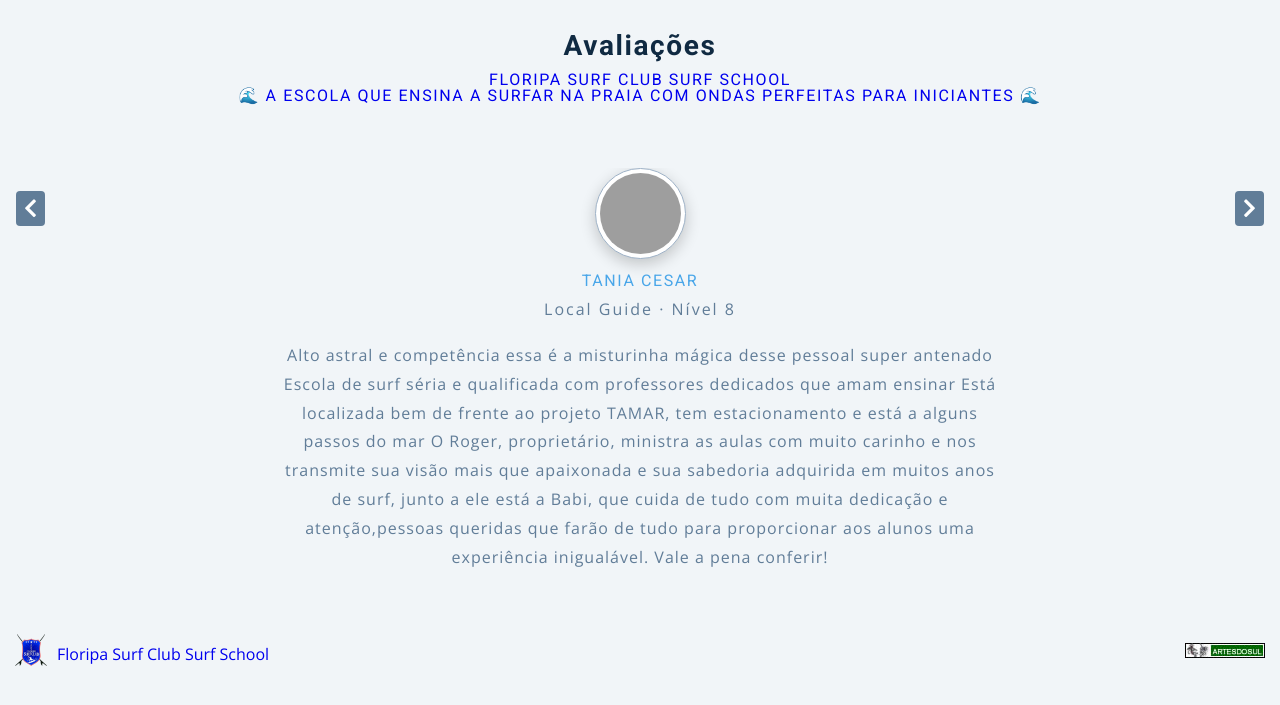
Repository: araguaci/floripasurfclub-reviews
Page: index.html
An editor plug-in stored every save of this project. The page is shown before and after the next save, followed by the edit.
The browser window is 1280 px wide. The pictures show the whole page.
Pictures or frames that could not be fetched are drawn as grey boxes. Some web libraries are served in a nearby version.

Above is the page before, as saved 2021-08-23 20:57:55.

### index.html
<!DOCTYPE html>
<html lang="en">
  <head>
    <meta charset="UTF-8" />
    <meta name="viewport" content="width=device-width, initial-scale=1.0" />
    <title>Avaliações - Floripa Surf Club Surf School</title>
    <meta name="viewport"
      content="Floripa Surf Club Surf School
        🌊 a escola que ensina a surfar na praia com ondas perfeitas para iniciantes 🌊
        🌊 Surf School and Trips 🏄‍♀️🏄
        🌊 Free Surf 🌎 Barra da Lagoa 🌊
        🌊 Em frente ao Projeto Tamar 🌊
        Santa Catarina - Brasil "
    />
    <meta name="description"
      content="Floripa Surf Club Surf School
        🌊 a escola que ensina a surfar na praia com ondas perfeitas para iniciantes 🌊
        🌊 Surf School and Trips 🏄‍♀️🏄
        🌊 Free Surf 🌎 Barra da Lagoa 🌊
        🌊 Em frente ao Projeto Tamar 🌊
        Santa Catarina - Brasil "
    />
    <link rel="shortcut icon" type="image/x-icon" href="./favicon.ico" />
    <!-- font-awesome -->
    <link
      rel="stylesheet"
      href="https://cdnjs.cloudflare.com/ajax/libs/font-awesome/5.14.0/css/all.min.css"
    />

    <!-- stylesheet -->
    <link rel="stylesheet" href="styles.css" />
  </head>
  <body>
    <section class="slider">
      <div class="reviews">
        <h3>Avaliações</h3>
        <h4><a href="http://www.floripasurfclub.com.br/">Floripa Surf Club Surf School<br />🌊 A escola que ensina a surfar na praia com ondas perfeitas para iniciantes 🌊</a></h4>
      </div>
      <div class="slide-container">
        <!-- <article class="slide">
          <img
            src="https://res.cloudinary.com/diqqf3eq2/image/upload/c_scale,w_200/v1595959121/person-1_aufeoq.jpg"
            class="img"
            alt="peter doe"
          />
          <h4>peter doe</h4>
          <p class="title">product designer</p>
          <p class="text">
            Lorem ipsum dolor sit amet consectetur adipisicing elit. Quidem quo
            eius recusandae officia voluptas sint deserunt dicta nihil nam
            omnis?
          </p>
          <div class="quote-icon">
            <i class="fas fa-quote-right"></i>
          </div>
        </article> -->
      </div>
      <!-- buttons -->
      <!-- prev btn -->
      <button class="btn prev-btn">
        <i class="fas fa-chevron-left"></i>
      </button>
      <!-- next button -->
      <button class="btn next-btn">
        <i class="fas fa-chevron-right"></i>
      </button>
    </section>
    <div class="footer" style="background-color: rgb(54, 47, 47);">
      <span style="float: left; margin-left: 15px; margin-bottom: 23px;"><a href="http://www.floripasurfclub.com.br/" title="Floripa Surf Club Surf School – a escola que ensina a surfar na praia com ondas perfeitas para iniciantes"><img src="./floripasurfclub.png" width="32" height="32" alt="" style="vertical-align: bottom; margin-right: 10px;"/>Floripa Surf Club Surf School</a></span>
      <span style="float: right; ; margin-right: 15px; vertical-align: bottom; margin-bottom: 23px;"><a href="http://www.artesdosul.com" title="Design & Hosted by Artes so Sul" style="vertical-align: bottom;"><img src="./artesdosul.jpg" style="vertical-align: bottom;"></a></span>
    </div>
    <script type="module" src="app.js"></script>
  </body>
</html>

### styles.css
/*
===============
Fonts
===============
*/
@import url("https://fonts.googleapis.com/css?family=Open+Sans|Roboto:400,700&display=swap");

/*
===============
Variables
===============
*/

:root {
  /* dark shades of primary color*/
  --clr-primary-1: hsl(205, 86%, 17%);
  --clr-primary-2: hsl(205, 77%, 27%);
  --clr-primary-3: hsl(205, 72%, 37%);
  --clr-primary-4: hsl(205, 63%, 48%);
  /* primary/main color */
  --clr-primary-5: hsl(205, 78%, 60%);
  /* lighter shades of primary color */
  --clr-primary-6: hsl(205, 89%, 70%);
  --clr-primary-7: hsl(205, 90%, 76%);
  --clr-primary-8: hsl(205, 86%, 81%);
  --clr-primary-9: hsl(205, 90%, 88%);
  --clr-primary-10: hsl(205, 100%, 96%);
  /* darkest grey - used for headings */
  --clr-grey-1: hsl(209, 61%, 16%);
  --clr-grey-2: hsl(211, 39%, 23%);
  --clr-grey-3: hsl(209, 34%, 30%);
  --clr-grey-4: hsl(209, 28%, 39%);
  /* grey used for paragraphs */
  --clr-grey-5: hsl(210, 22%, 49%);
  --clr-grey-6: hsl(209, 23%, 60%);
  --clr-grey-7: hsl(211, 27%, 70%);
  --clr-grey-8: hsl(210, 31%, 80%);
  --clr-grey-9: hsl(212, 33%, 89%);
  --clr-grey-10: hsl(210, 36%, 96%);
  --clr-white: #fff;
  --clr-red-dark: hsl(360, 67%, 44%);
  --clr-red-light: hsl(360, 71%, 66%);
  --clr-green-dark: hsl(125, 67%, 44%);
  --clr-green-light: hsl(125, 71%, 66%);
  --clr-black: #222;
  --ff-primary: "Roboto", sans-serif;
  --ff-secondary: "Open Sans", sans-serif;
  --transition: all 0.3s linear;
  --spacing: 0.1rem;
  --radius: 0.25rem;
  --light-shadow: 0 5px 15px rgba(0, 0, 0, 0.1);
  --dark-shadow: 0 5px 15px rgba(0, 0, 0, 0.2);
  --max-width: 1170px;
  --fixed-width: 620px;
}
/*
===============
Global Styles
===============
*/

*,
::after,
::before {
  margin: 0;
  padding: 0;
  box-sizing: border-box;
}
body {
  font-family: var(--ff-secondary);
  background: var(--clr-grey-10);
  color: var(--clr-grey-1);
  line-height: 1.5;
  font-size: 0.875rem;
}
ul {
  list-style-type: none;
}
a {
  text-decoration: none;
}
h1,
h2,
h3,
h4 {
  letter-spacing: var(--spacing);
  text-transform: capitalize;
  line-height: 1.25;
  margin-bottom: 0.75rem;
  font-family: var(--ff-primary);
}
h1 {
  font-size: 3rem;
}
h2 {
  font-size: 2rem;
}
h3 {
  font-size: 1.25rem;
}
h4 {
  font-size: 0.875rem;
}
p {
  margin-bottom: 1.25rem;
  color: var(--clr-grey-5);
}
@media screen and (min-width: 800px) {
  h1 {
    font-size: 4rem;
  }
  h2 {
    font-size: 2.5rem;
  }
  h3 {
    font-size: 1.75rem;
  }
  h4 {
    font-size: 1rem;
  }
  body {
    font-size: 1rem;
  }
  h1,
  h2,
  h3,
  h4 {
    line-height: 1;
  }
}

.section-center {
  width: 90vw;
  margin: 0 auto;
  max-width: 1170px;
}
@media screen and (min-width: 992px) {
  .section-center {
    width: 95vw;
  }
}
main {
  min-height: 100vh;
  display: grid;
  place-items: center;
}

/*
===============
Slider Styles
===============
*/
section {
  width: 85vw;
  margin: 0 auto;
  margin-top: 1.0rem;
  text-align: center;
  padding: 1rem 0;
  /* set relative for buttons */
  position: relative;
}
.reviews {
  margin-bottom: 4rem;
}
.reviews h2 {
  display: flex;
  align-items: center;
  justify-content: center;
}
.reviews span {
  font-size: 0.85em;
  color: var(--clr-primary-5);
  margin-right: 1rem;
}
.img {
  width: 91px;
  height: 91px;
  object-fit: cover;
  border: 1px solid var(--clr-grey-7);
  background: var(--clr-white);
  padding: 0.25rem;
  border-radius: 50%;
  box-shadow: var(--dark-shadow);
}
h4 {
  text-transform: uppercase;
  font-weight: 500;
  color: var(--clr-primary-5);
  letter-spacing: var(--spacing);
  margin: 0.5rem 0;
}
.title {
  margin-bottom: 1.25rem;
  letter-spacing: 2px;
  text-transform: capitalize;
}
.text {
  color: var(--clr-grey-5);
  line-height: 1.8;
  max-width: 45em;
  margin: 0 auto;
  letter-spacing: 1px;
}

.icon:hover {
  transform: scale(1.1);
  opacity: 0.8;
}
.quote-icon {
  font-size: 3rem;
  margin-top: 2rem;
  color: var(--clr-primary-5);
}
/* set buttons */
.btn {
  position: absolute;
  top: 175px;
  background: var(--clr-grey-5);
  color: var(--clr-white);
  padding: 0.25rem 0.35rem;
  border-radius: 0.25rem;
  border: transparent;
  cursor: pointer;
}
.next-btn {
  right: -0.5rem;
}
.prev-btn {
  left: -0.5rem;
}
@media screen and (min-width: 768px) {
  .next-btn {
    right: -5rem;
  }
  .prev-btn {
    left: -5rem;
  }
  .btn {
    font-size: 1.3rem;
    padding: 0.35rem 0.5rem;
  }
  .quote-icon {
    font-size: 4rem;
  }
}

/* MORE CSS FOR JS */

.slide-container {
  display: flex;
  position: relative;
  height: 450px;
  overflow: hidden;
}

.slide {
  position: absolute;
  top: 0;
  left: 0;
  width: 100%;
  height: 100%;
  transition: all 0.3s ease-in-out;
  opacity: 0;
}
.slide.active {
  opacity: 1;
  transform: translateX(0);
}
.slide.next {
  transform: translateX(100%);
}
.slide.last {
  transform: translateX(-100%);
}

### app.js
import data from "./data.js";
const container = document.querySelector(".slide-container");
const nextBtn = document.querySelector(".next-btn");
const prevBtn = document.querySelector(".prev-btn");
// if length is 1 hide buttons
if (data.length === 1) {
  nextBtn.style.display = "none";
  prevBtn.style.display = "none";
}
// if length is 2, add copies of slides
let people = [...data];
if (data.length === 2) {
  people = [...data, ...data];
}
container.innerHTML = people
  .map((person, slideIndex) => {
    const { img, name, job, text } = person;
    let position = "next";
    if (slideIndex === 0) {
      position = "active";
    }
    if (slideIndex === people.length - 1) {
      position = "last";
    }
    if (data.length <= 1) {
      position = "active";
    }
    return `<article class="slide ${position}">
  <img src=${img} class="img" alt="${name}"/>
  <h4>${name}</h4>
  <p class="title">${job}</p>
  <p class="text">
   ${text}
  </p>
<div class="quote-icon">
<i class="fas fa-quote-right"></i>
</div>
 </article>`;
  })
  .join("");

const startSlider = (type) => {
  // get all three slides active,last next
  const active = document.querySelector(".active");
  const last = document.querySelector(".last");
  let next = active.nextElementSibling;
  if (!next) {
    next = container.firstElementChild;
  }
  active.classList.remove(["active"]);
  last.classList.remove(["last"]);
  next.classList.remove(["next"]);

  if (type === "prev") {
    active.classList.add("next");
    last.classList.add("active");
    next = last.previousElementSibling;
    if (!next) {
      next = container.lastElementChild;
    }
    next.classList.remove(["next"]);
    next.classList.add("last");
    return;
  }
  active.classList.add("last");
  last.classList.add("next");
  next.classList.add("active");
};
nextBtn.addEventListener("click", () => {
  startSlider();
});
prevBtn.addEventListener("click", () => {
  startSlider("prev");
});

### data.js
const people = [
  {
    img:
      "https://lh3.googleusercontent.com/a-/AOh14Giu0kiWyS2TqMwVEJ1al1_fpSVvwjTqir82_8H4-A=w60-h60-p-rp-mo-ba6-br100",
    name: "Tania Cesar",
    job: "Local Guide · Nível 8",
    text: `Alto astral e competência essa é a misturinha mágica desse pessoal super antenado
    Escola de surf séria e qualificada com professores dedicados que amam ensinar
    Está localizada bem de frente ao projeto TAMAR, tem estacionamento e está a alguns passos do mar
    O Roger, proprietário, ministra as aulas com muito carinho e nos transmite sua visão mais que apaixonada e sua sabedoria adquirida em muitos anos de surf, junto a ele está a Babi, que cuida de tudo com muita dedicação e atenção,pessoas queridas que farão de tudo para proporcionar aos alunos uma experiência inigualável.
    Vale a pena conferir!`,
  },
  {
    img:
      "https://lh3.googleusercontent.com/a-/AOh14GiYjYRznwekXx5B-5pkouNsyKt9njs5WctHDGFmWQI=w60-h60-p-rp-mo-br100",
    name: "Cesar Lopes",
    job: "Local Guide · Nível 2",
    text: `A aula é excelente, tudo em volta favorece, local, professor e material. Recomendo bastante`,
  },
  {
    img:
      "https://lh3.googleusercontent.com/a-/AOh14GgDzGFLzrlMZXo79mGsCE17A-hisYfwxj4CTLlsgg=w60-h60-p-rp-mo-ba4-br100",
    name: "Jaqueline Muniz",
    job: "Local Guide · Nível 6",
    text: `Manhã sensacional de surf graças ao Roger e a equipe do Floripa Surf Club! Fomos super bem acolhidos e instruídos. Os equipamentos são novíssimos e de ótima qualidade! Valeu demais!!`,
  },
  {
    img:
      "https://lh3.googleusercontent.com/a-/AOh14Gh6XkPmODM_cSEtolbGRLu3ikdT2PHd3dcjLbnArw=w60-h60-p-rp-mo-ba5-br100",
    name: "M. M. Leal",
    job: "Local Guide · Nível 7",
    text: `Essa escola é simplesmente incrível!!  A cada aula me sinto mais segura e mais confortável mas ondas, logo no primeiro dia já consegui ficar em pé na prancha! Eles tem vários tamanhos de prancha disponíveis e todo o material necessário. As aulas são profissionais e tudo com muito respeito, paciência e didática você se diverte, aprende e se conecta com a natureza e as ondas. Altamente recomendado!!`,
  },
  {
    img:
      "https://lh3.googleusercontent.com/a-/AOh14Gh8OcfW8UpBhIn2HgTVwjr2IgwT1A-fHR8t4rLNXQ=w60-h60-p-rp-mo-ba5-br100",
    name: "Natan Morette",
    job: "Local Guide · Nível 7",
    text: `Roger foi um excelente professor. Aulas muito boas, auto astral de mais. Aprendi a verdadeira essência do surf e me diverti muito. Além de ter evoluído de mais o meu nível de surf`,
  },
  {
    img:
      "https://lh3.googleusercontent.com/a-/AOh14GjHWM6SS1DVT6zLS50jgyPwNiRUPS9-ZbThNKiV5wY=w60-h60-p-rp-mo-br100",
    name: "ISABEL FAGUNDES",
    job: "",
    text: `Simplesmente Maravilhoso! Profs atenciosos e de ótima comunicação! Realmente amam o surf!  Minha filha fez a aula e super amou! Realização! Obrigada e parabéns!`,
  },
  {
    img:
      "https://lh3.googleusercontent.com/a/AATXAJxMuxno1G7MPdT0GL03WJO0U0C4l-refb-5gti_=w60-h60-p-rp-mo-br100",
    name: "Vinícius Pavan",
    job: "",
    text: `Entrei para uma escola de surf e ganhei uma família para a prática do esporte. Tudo impecável em cada detalhe e em poucas aulas a evolução foi muito grande.
    A equipe é incrível, especialmente o Roger que nos pegou pela mão e ensinou cada detalhe não apenas técnico como comportamental, ético moral do surf. Só tenho a agradecer!!`,
  },
  {
    img:
      "https://lh3.googleusercontent.com/a-/AOh14Gjdgf3fnxikdAAKotnWX4N-AfRUTeGsV2paQeAbHg=w60-h60-p-rp-mo-br100",
    name: "Leonardo",
    job: "",
    text: `Aulas muito boas e excelentes profissionais. Todos estão de parabéns pelo trabalho e pela energia dentro e fora da água. Valeu, galera!`,
  },
  {
    img:
      "https://lh3.googleusercontent.com/a-/AOh14GgYC2TEO3bykkbIRnAGhidciWzA_bbK2IwqC7jv-Q=w60-h60-p-rp-mo-br100",
    name: "Vinicius Paulino",
    job: "",
    text: `Além dos equipamentos de qualidade os ensinamentos praticos, teoricos e a vibe dos professores garetem o surf na sua essência com seguranca evolucao e diversão garantida...`,
  },
  {
    img:
      "https://lh3.googleusercontent.com/a-/AOh14GgBeeZeJouQSUSck3TaOql5MmivzKjsEiM6b6gBKw=w60-h60-p-rp-mo-br100",
    name: "Lafayette Baesso",
    job: "",
    text: `Sem palavras. Tive aula com o Roger e ele é um professor excepcional. Se você está em dúvida, confia. Eu recomendaria até para a minha vó hahaha`,
  },
  {
    img:
      "https://lh3.googleusercontent.com/a-/AOh14GgIEiEbekl7n1jcIFaYW8tIN4aDMkPyKZjRgtdEeA=w60-h60-p-rp-mo-br100",
    name: "Céu do Momento - Astrologia no seu dia a dia",
    job: "",
    text: `É o Guilherme aqui! Nossa senhora as aulas do Floripa Surf Club são SENSACIONAIS! Cheguei a pouco tempo em Floripa e fui super bem recibido pelos professores... Roger e Leo obrigado pelo alto astral e por cada aula incrível... Surf está se tornando minha paixão!! Gratidão imensa!!`,
  },
  {
    img:
      "https://lh3.googleusercontent.com/a-/AOh14GjyLIO18HSIUwV_6_YzdPu2li3c8bXKtV5DYDLQWA=w60-h60-p-rp-mo-br100",
    name: "Guilherme Sperandio",
    job: "",
    text: `Super recomendo as aulas do Roger e do Léo. Eles focam nos detalhes que cada iniciante precisa e a energia da aula é fantástica. Podem confiar que vale muito a pena. Gratidão, Roger e turma.`,
  },
  {
    img:
      "https://lh3.googleusercontent.com/a-/AOh14GgIvz6sGDumpCZobrTJK8TXte5bTZ2y8ftCMyXzxA=w60-h60-p-rp-mo-br100",
    name: "Ligia Salermo",
    job: "",
    text: `Professor ótimo, pessoal super gentil e simpático, fui bem atendida, lugar para trocar para mulheres bem reservado, me emprestaram cadeira de praia, tudo isso extra à aula de surf que foi excelente! Indico com certeza`,
  }
];

export default people;

After the next save:
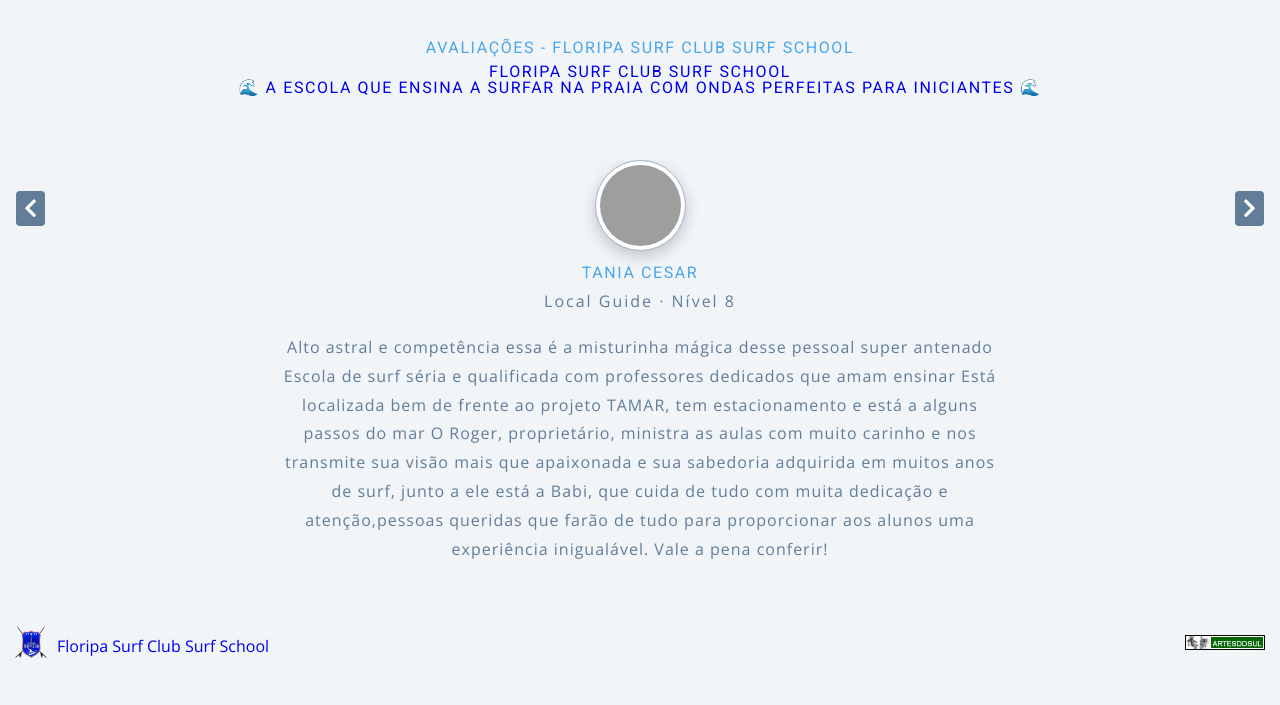
Saved 16 min 54 s later.
--- a/index.html
+++ b/index.html
@@ -33,7 +33,7 @@
   <body>
     <section class="slider">
       <div class="reviews">
-        <h3>Avaliações</h3>
+        <h4>Avaliações - Floripa Surf Club Surf School</h4>
         <h4><a href="http://www.floripasurfclub.com.br/">Floripa Surf Club Surf School<br />🌊 A escola que ensina a surfar na praia com ondas perfeitas para iniciantes 🌊</a></h4>
       </div>
       <div class="slide-container">
